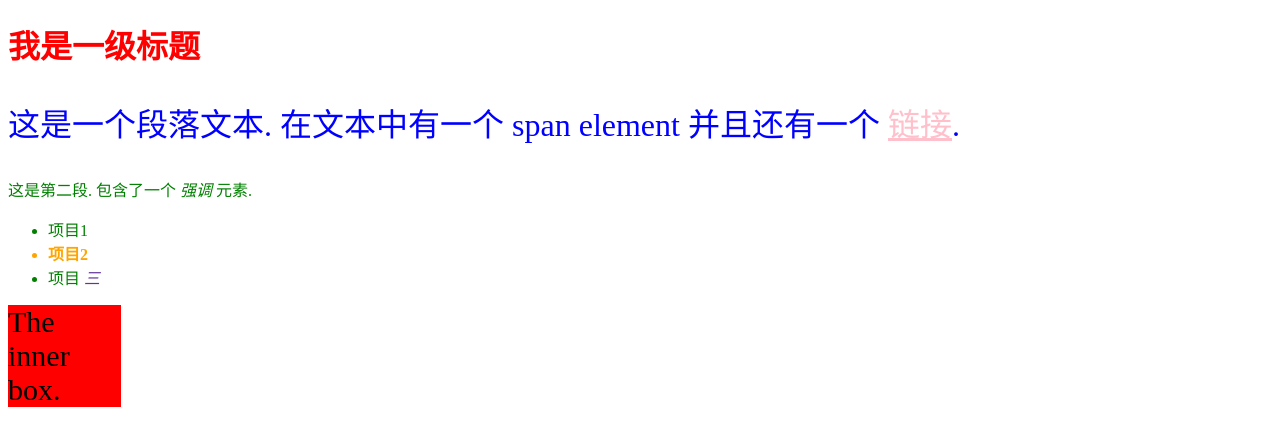
Repository: Valhally/web-projects
Page: sample-site/index.html
These files come from the project's save history. The page is drawn as it stood at one moment and after the next save; the edit follows.
The browser window is 1280 px wide. The pictures show the whole page.

Above is the page before, as saved 2021-08-10 20:35:41.

After the next save:
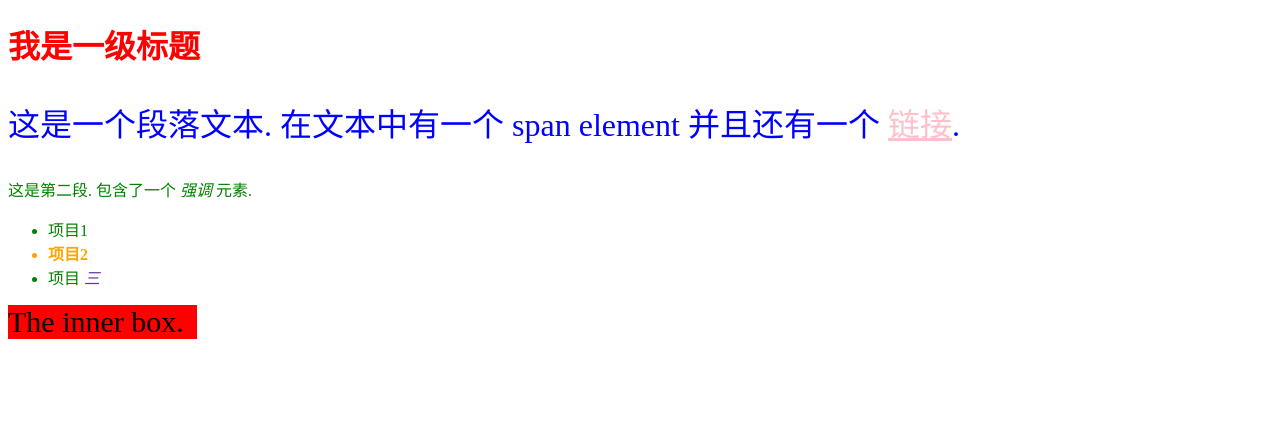
Saved 4 s later.
--- a/sample-site/resources/styles.css
+++ b/sample-site/resources/styles.css
@@ -36,6 +36,6 @@
 
 .inner {
     font-size: 30px;
-    width: 3cm;
+    width: 5cm;
     background-color: red;
 }
